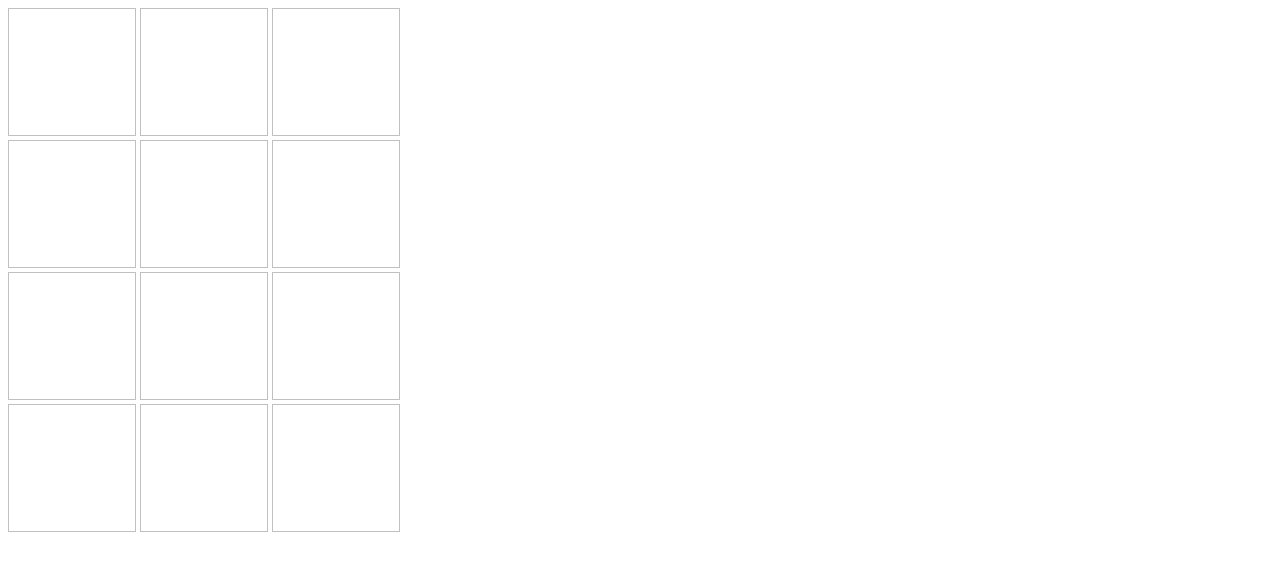
Repository: shoma2491/Mission_Invisible
Page: src/main/resources/templates/game.html
The author's editor kept a copy of each file at every save. The page is drawn from the files as they stood at one save, then again after the next save.
The browser window is 1280 px wide. The pictures show the whole page.

Above is the page before, as saved 2021-12-20 22:18:45.

### src/main/resources/templates/game.html
<!DOCTYPE html>
<html>

<head>

</head>

<body>
    <div sec:authorize="hasRole('ROLE_ONI')">
        <a href="/find/1"><img th:src="@{/image/神社.png}" width="128" height="128" /></a>
        <a href="/find/2"><img th:src="@{/image/商店街.png}" width="128" height="128" /></a>
        <a href="/find/3"><img th:src="@{/image/くさむら.png}" width="128" height="128" /></a>
        <br/>
        <a href="/find/4"><img th:src="@{/image/納屋.png}" width="128" height="128" /></a>
        <a href="/find/5"><img th:src="@{/image/墓地.png}" width="128" height="128" /></a>
        <a href="/find/6"><img th:src="@{/image/木.png}" width="128" height="128" /></a>
    </div>
    <div sec:authorize="hasRole('ROLE_USER')">
        <a href="/hide/1"><img th:src="@{/image/神社.png}" width="128" height="128" /></a>
        <a href="/hide/2"><img th:src="@{/image/商店街.png}" width="128" height="128" /></a>
        <a href="/hide/3"><img th:src="@{/image/くさむら.png}" width="128" height="128" /></a>
        <br/>
        <a href="/hide/4"><img th:src="@{/image/納屋.png}" width="128" height="128" /></a>
        <a href="/hide/5"><img th:src="@{/image/墓地.png}" width="128" height="128" /></a>
        <a href="/hide/6"><img th:src="@{/image/木.png}" width="128" height="128" /></a>
    </div>
</body>

</html>

After the next save:
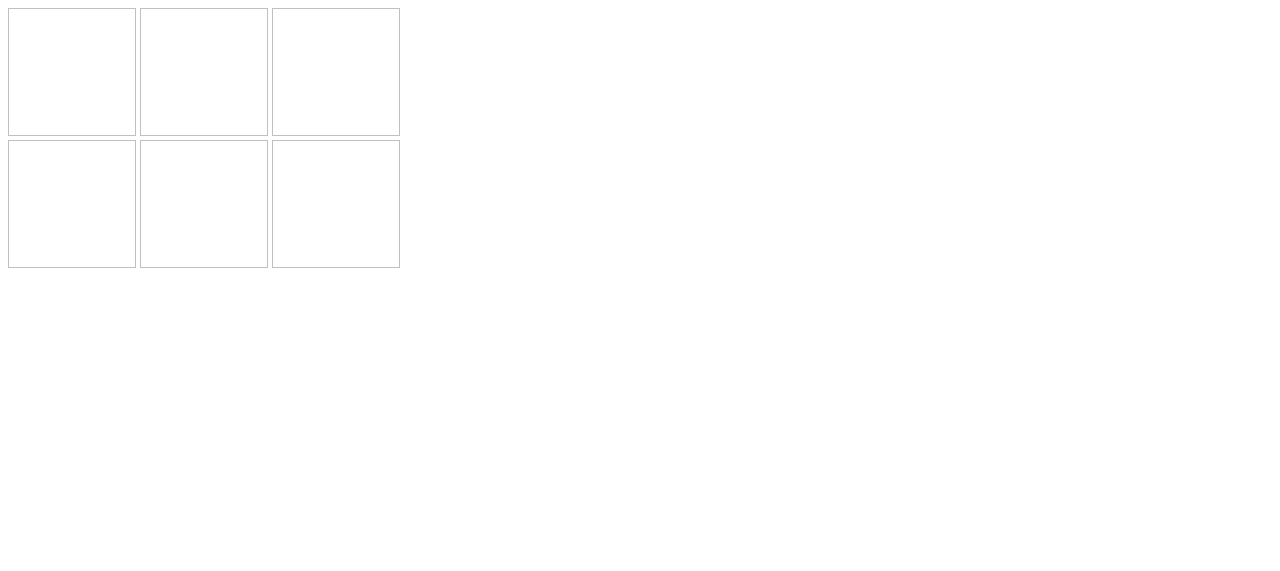
Saved 67 min 31 s later.
--- a/src/main/resources/templates/game.html
+++ b/src/main/resources/templates/game.html
@@ -6,16 +6,6 @@
 </head>
 
 <body>
-    <div sec:authorize="hasRole('ROLE_ONI')">
-        <a href="/find/1"><img th:src="@{/image/神社.png}" width="128" height="128" /></a>
-        <a href="/find/2"><img th:src="@{/image/商店街.png}" width="128" height="128" /></a>
-        <a href="/find/3"><img th:src="@{/image/くさむら.png}" width="128" height="128" /></a>
-        <br/>
-        <a href="/find/4"><img th:src="@{/image/納屋.png}" width="128" height="128" /></a>
-        <a href="/find/5"><img th:src="@{/image/墓地.png}" width="128" height="128" /></a>
-        <a href="/find/6"><img th:src="@{/image/木.png}" width="128" height="128" /></a>
-    </div>
-    <div sec:authorize="hasRole('ROLE_USER')">
         <a href="/hide/1"><img th:src="@{/image/神社.png}" width="128" height="128" /></a>
         <a href="/hide/2"><img th:src="@{/image/商店街.png}" width="128" height="128" /></a>
         <a href="/hide/3"><img th:src="@{/image/くさむら.png}" width="128" height="128" /></a>
@@ -23,7 +13,6 @@
         <a href="/hide/4"><img th:src="@{/image/納屋.png}" width="128" height="128" /></a>
         <a href="/hide/5"><img th:src="@{/image/墓地.png}" width="128" height="128" /></a>
         <a href="/hide/6"><img th:src="@{/image/木.png}" width="128" height="128" /></a>
-    </div>
 </body>
 
 </html>
